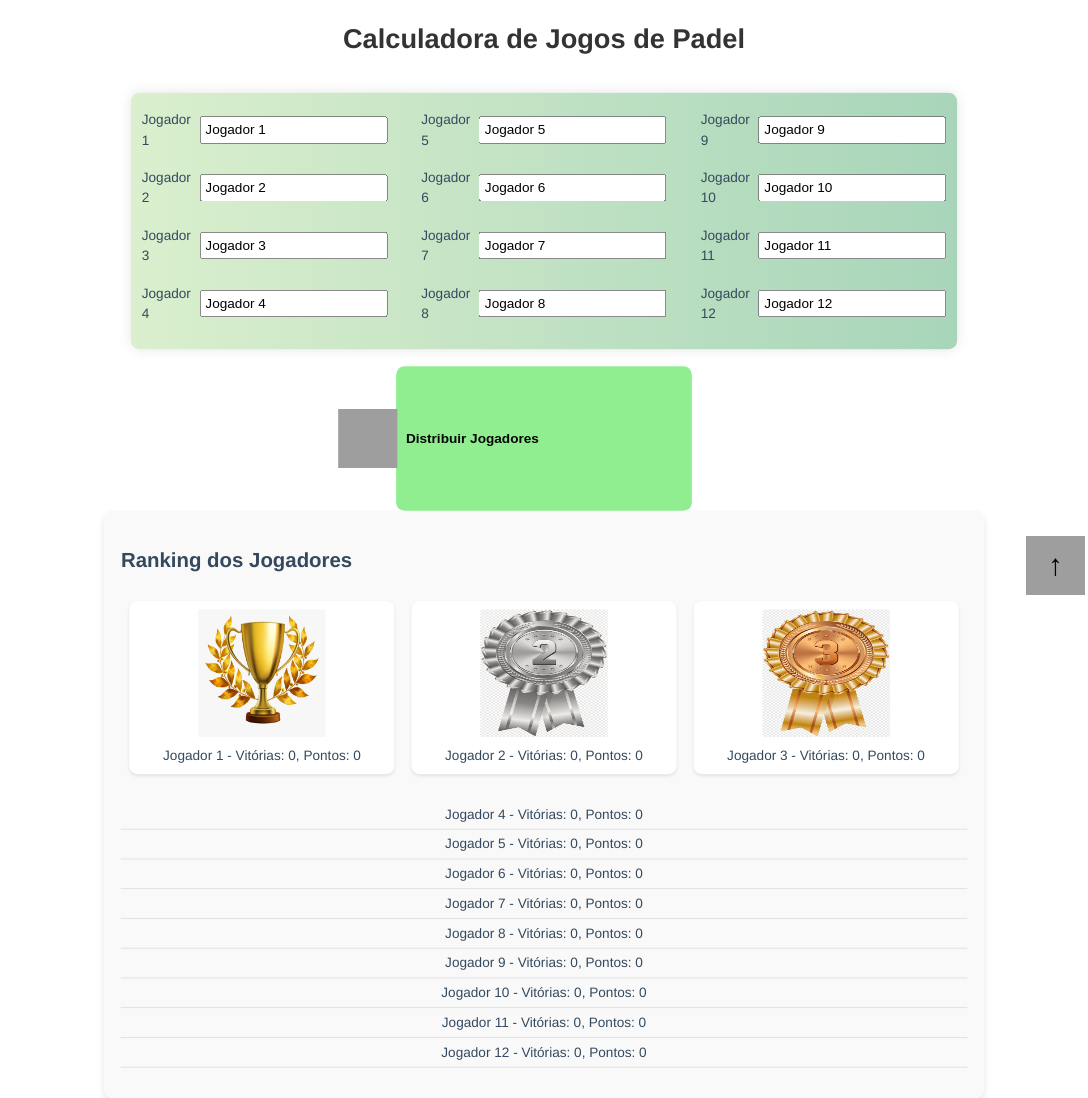
Repository: MarcioMiguel22/PadelMaster
Page: /calculadora
The author's editor kept a copy of each file at every save. The page is drawn from the files as they stood at one save, then again after the next save.
The browser window is 1280 px wide. The pictures show the whole page, at 85% of full size.
Pictures or frames that could not be fetched are drawn as grey boxes. The project was rebuilt for these pictures with package versions that can differ from the ones it lists, and the page was loaded fresh each time. Also part of the build but not shown: vite.config.ts, src/pages/Home/Home.tsx, src/components/components_calculadora/Campo.tsx, src/components/components_calculadora/Jogo.tsx, src/pages/Player/playerComponent.tsx, src/index.css.

Above is the page before, as saved 2024-06-16 09:57:01.

### src/main.tsx
///home/marciomiguel/code/MarcioMiguel22/Sites/PadelMaster/src/main.tsx
import { render } from 'react-dom';
import { StrictMode } from 'react';
import App from './App';
import './index.css';

const root = document.getElementById('root')!;
render(
  <StrictMode>
    <App />
  </StrictMode>,
  root
);

### src/App.tsx

///home/marciomiguel/code/MarcioMiguel22/Sites/PadelMaster/src/App.tsx

import { BrowserRouter, Routes, Route } from 'react-router-dom';
import Home from './pages/Home/Home';
import Calculadora from './pages/Calculadora/Calculadora';
import PlayerComponent from './pages/Player/playerComponent';
function App() {
  return (
    <BrowserRouter>
      <Routes>
        <Route path="/" element={<Home />} />
        <Route path="/calculadora" element={<Calculadora />} /> // Wrap Calculadora component with curly braces
        <Route path="/player-component" element={<PlayerComponent />} />
      </Routes>
    </BrowserRouter>
  );
}

export default App

### src/pages/Home/Home.module.css
.padel-container {
  text-align: center;
  background-color: white;
  padding: 20px;
  border-radius: 10px;
  box-shadow: 0 0 10px rgba(0, 0, 0, 0.1);
}

h1 {
  color: #333;
  margin-bottom: 20px;
}

.padel-image {
  max-width: 50%;
  height: auto;
  border-radius: 10px;
  margin-bottom: 20px;
}

.enter-button {
  background-image: url('../../assets/images/tennis-ball.png'); /* Ensure the path is correct */
  background-size: cover;
  background-position: center;
  background-repeat: no-repeat;
  width: 60px;
  height: 60px;
  border: none;
  border-radius: 50%;
  cursor: pointer;
  padding: 0;
}

.enter-button:hover {
  transform: scale(1.1);
}

### src/pages/Calculadora/Calculadora.css
.calculadora-container {
  display: flex;
  flex-direction: column;
  align-items: center;
  gap: 20px;
}

.main-content {
  gap: 20px;
}

.jogadores-lista {
  background: linear-gradient(to right, #daefcd, #a8d5ba);
  display: flex;
  flex-direction: row;
  justify-content: center;
  gap: 40px;
  width: 90%;
  max-width: 1200px;
  margin: 0 auto;
  padding: 20px;
  border-radius: 10px;
  box-shadow: 0 0 15px rgba(0, 0, 0, 0.1);
}

.jogadores-coluna {
  display: flex;
  flex-direction: column;
  align-items: center;
  gap: 10px;
}

.jogador-item {
  display: flex;
  align-items: center;
  margin-bottom: 10px;
}

.jogador-item label {
  margin-right: 10px;
}

.jogador-item input {
  padding: 5px;
  font-size: 16px;
}

.jogador-input {
  margin-right: 5px;
  padding: 5px;
  font-size: 16px;
  border: 1px solid #ccc;
  border-radius: 5px;
}

.distribute-button, .scroll-to-top {
  background-color: #4CAF50;
  color: white;
  padding: 10px 20px;
  border: none;
  border-radius: 5px;
  cursor: pointer;
  font-size: 16px;
  margin-top: 10px;
}

.distribute-button:hover, .scroll-to-top:hover {
  background-color: #45a049;
}

.fields-container {
  display: flex;
  flex-direction: column;
  align-items: center;
  margin-top: 20px;
}

.jogo {
  margin-bottom: 40px;
}

.campos {
  display: flex;
  justify-content: space-around;
}

.field {
  background: linear-gradient(to right, #c3e8ad, #a8d5ba);
  padding: 40px;
  border-radius: 10px;
  box-shadow: 0 0 10px rgba(0, 0, 0, 0.1);
  width: 30%;
}

.field h2 {
  margin-top: 0;
}

.team {
  list-style-type: none;
  padding: 5px;
  background-color: #fff;
  margin: 5px 0;
  border-radius: 5px;
  box-shadow: 0 0 5px rgba(0, 0, 0, 0.1);
  width: fit-content; /* Ajuste o valor conforme necessário */
}

.team.vencedor {
  background-color: #d4edda; /* Verde claro */
}

.team.perdedor {
  background-color: #f8d7da; /* Vermelho claro */
}

.team div {
  display: flex;
  align-items: center;
}

.team input.resultado-input {
  margin-left: 10px;
  width: 45px;
  padding: 5px;
  font-size: 16px;
}

.ranking-container {
  margin-top: 40px;
}

.ranking-container h2 {
  margin-bottom: 10px;
}

.ranking-container ul {
  list-style-type: none;
  padding: 0;
}

.ranking-container li {
  margin: 5px 0;
}



/* Media Queries para Mobile */
@media screen and (max-width: 767px) {
  .jogadores-lista {
    flex-direction: column;
    align-items: center;
    gap: 20px;
    padding: 10px;
  }

  .field {
    width: 80%;
    margin-bottom: 20px;
  }

  .campos {
    flex-direction: column;
    align-items: center;
    gap: 20px;
  }

  .distribute-button, .scroll-to-top {
    width: 100%;
    font-size: 14px;
    padding: 8px 16px;
  }

  .team div {
    flex-direction: column;
    align-items: flex-start;
  }

  .team input.resultado-input {
    margin-left: 0;
    margin-top: 5px;
  }
  .ranking-container {
    flex-flow: column;
    margin-top: 40px;
  }

  .ranking-container h2 {
    margin-bottom: 10px;
  }

  .ranking-container ul {
    list-style-type: none;
    padding: 0;
  }

  .ranking-container li {
    margin: 5px 0;
  }
}

/* Media Queries para Mobile */
@media screen and (max-width: 479px) {
  .jogadores-lista {
    flex-direction: column;
    align-items: center;
    gap: 20px;
    padding: 10px;
  }

  .field {
    width: 80%;
    margin-bottom: 20px;
  }

  .campos {
    flex-direction: column;
    align-items: center;
    gap: 20px;
  }

  .distribute-button, .scroll-to-top {
    width: 100%;
    font-size: 14px;
    padding: 8px 16px;
  }

  .team div {
    flex-direction: column;
    align-items: flex-start;
  }

  .team input.resultado-input {
    margin-left: 0;
    margin-top: 5px;
  }
  .ranking-container {
    flex-flow: column;
    margin-top: 40px;
  }

  .ranking-container h2 {
    margin-bottom: 10px;
  }

  .ranking-container ul {
    list-style-type: none;
    padding: 0;
  }

  .ranking-container li {
    margin: 5px 0;
  }
}

### src/components/components_calculadora/JogadoresLista.tsx
import React from 'react';
import JogadorItem from './JogadorItem';
import { Jogador } from '../../utils/types/types'; // Importando o tipo Jogador

interface JogadoresListaProps {
  jogadores: Jogador[];
  handleNomeChange: (id: number, novoNome: string) => void;
}

const JogadoresLista: React.FC<JogadoresListaProps> = ({ jogadores, handleNomeChange }) => (
  <div className="jogadores-lista">
    {Array.from({ length: 3 }, (_, i) => (
      <div className="jogadores-coluna" key={i}>
        {jogadores.slice(i * 4, (i + 1) * 4).map(jogador => (
          <JogadorItem
            key={jogador.id}
            jogador={jogador}
            handleNomeChange={handleNomeChange}
          />
        ))}
      </div>
    ))}
  </div>
);

export default JogadoresLista;

### src/components/components_calculadora/Ranking.tsx
import React from 'react';
import ouro from '../../assets/images/ouro.png';
import prata from '../../assets/images/prata.png';
import bronze from '../../assets/images/bronze.png';
import styles from './Ranking.module.css';

interface Jogador {
  id: number;
  nome: string;
  vitorias: number;
  pontos: number;
}

interface RankingProps {
  jogadoresClassificados: Jogador[];
}

const Ranking: React.FC<RankingProps> = ({ jogadoresClassificados }) => {
  const top3 = jogadoresClassificados.slice(0, 3);
  const outrosJogadores = jogadoresClassificados.slice(3);

  const medalhas = [ouro, prata, bronze];

  return (
    <div className={styles.rankingContainer}>
      <h2>Ranking dos Jogadores</h2>
      <div className={styles.top3Container}>
        {top3.map((jogador, index) => (
          <div key={jogador.id} className={styles.top3Item}>
            <img src={medalhas[index]} alt={`Medalha de ${index + 1}`} className={styles.medalha} />
            {jogador.nome} - Vitórias: {jogador.vitorias}, Pontos: {jogador.pontos}
          </div>
        ))}
      </div>
      <ul className={styles.outrosJogadores}>
        {outrosJogadores.map((jogador) => (
          <li key={jogador.id}>
            {jogador.nome} - Vitórias: {jogador.vitorias}, Pontos: {jogador.pontos}
          </li>
        ))}
      </ul>
    </div>
  );
};

export default Ranking;

### src/components/components_calculadora/logic/gameLogic.ts
import { Jogador, Campo as CampoType } from '../../../utils/types/types';

export const separarDuplas = (jogadores: Jogador[]): Jogador[] => {
  const separados: Jogador[] = [];
  while (jogadores.length) {
    const [jogador1, jogador2] = jogadores.splice(0, 2);
    separados.push(jogador1);
    if (jogador2) separados.push(jogador2);
  }
  return separados;
};

export const iniciarProximoJogo = (jogos: CampoType[][], setJogos: React.Dispatch<React.SetStateAction<CampoType[][]>>) => {
  const ultimoJogo = jogos[jogos.length - 1];
  const novosCampos: CampoType[] = [
    { id: 1, times: [] },
    { id: 2, times: [] },
    { id: 3, times: [] },
  ];

  const campo1 = ultimoJogo.find(campo => campo.id === 1);
  const campo2 = ultimoJogo.find(campo => campo.id === 2);
  const campo3 = ultimoJogo.find(campo => campo.id === 3);

  if (campo1 && campo2 && campo3) {
    const [time1Campo1, time2Campo1] = campo1.times;
    const [time1Campo2, time2Campo2] = campo2.times;
    const [time1Campo3, time2Campo3] = campo3.times;

    // Vencedores e perdedores dos campos
    const vencedoresCampo1 = time1Campo1.resultado > time2Campo1.resultado ? time1Campo1.jogadores : time2Campo1.jogadores;
    const perdedoresCampo1 = time1Campo1.resultado > time2Campo1.resultado ? time2Campo1.jogadores : time1Campo1.jogadores;

    const vencedoresCampo2 = time1Campo2.resultado > time2Campo2.resultado ? time1Campo2.jogadores : time2Campo2.jogadores;
    const perdedoresCampo2 = time1Campo2.resultado > time2Campo2.resultado ? time2Campo2.jogadores : time1Campo2.jogadores;

    const vencedoresCampo3 = time1Campo3.resultado > time2Campo3.resultado ? time1Campo3.jogadores : time2Campo3.jogadores;
    const perdedoresCampo3 = time1Campo3.resultado > time2Campo3.resultado ? time2Campo3.jogadores : time1Campo3.jogadores;

    // Atualizar pontuação dos jogadores
    const margemVitoriaCampo1 = Math.abs(time1Campo1.resultado - time2Campo1.resultado);
    const margemVitoriaCampo2 = Math.abs(time1Campo2.resultado - time2Campo2.resultado);
    const margemVitoriaCampo3 = Math.abs(time1Campo3.resultado - time2Campo3.resultado);

    vencedoresCampo1.forEach(jogador => {
      jogador.vitorias += 1;
      jogador.pontos += margemVitoriaCampo1;
    });

    vencedoresCampo2.forEach(jogador => {
      jogador.vitorias += 1;
      jogador.pontos += margemVitoriaCampo2;
    });

    vencedoresCampo3.forEach(jogador => {
      jogador.vitorias += 1;
      jogador.pontos += margemVitoriaCampo3;
    });

    // Campo 1: vencedores do campo 1 e vencedores do campo 2
    novosCampos[0].times.push(
      { jogadores: [vencedoresCampo1[0], vencedoresCampo2[0]], resultado: 0 },
      { jogadores: [vencedoresCampo1[1], vencedoresCampo2[1]], resultado: 0 }
    );

    // Campo 2: perdedores do campo 1 e vencedores do campo 3
    novosCampos[1].times.push(
      { jogadores: [perdedoresCampo1[0], vencedoresCampo3[0]], resultado: 0 },
      { jogadores: [perdedoresCampo1[1], vencedoresCampo3[1]], resultado: 0 }
    );

    // Campo 3: perdedores do campo 2 e perdedores do campo 3
    novosCampos[2].times.push(
      { jogadores: [perdedoresCampo2[0], perdedoresCampo3[0]], resultado: 0 },
      { jogadores: [perdedoresCampo2[1], perdedoresCampo3[1]], resultado: 0 }
    );
  }

  setJogos([...jogos, novosCampos]);
};

### src/components/components_calculadora/ScrollToTopButton.tsx
import React from 'react';
import tennisBall from '../../assets/images/tennis-ball.png';
import styles from './ScrollToTopButton.module.css'; // Importando o arquivo CSS Module

const ScrollToTopButton: React.FC = () => {
  const scrollToTop = () => {
    window.scrollTo({ top: 0, behavior: 'smooth' });
  };

  return (
    <button onClick={scrollToTop} className={styles.scrollToTop}>
      <img src={tennisBall} alt="Tennis Ball" className={styles.tennisBall} />
      <span className={styles.arrowUp}>↑</span>
    </button>
  );
};

export default ScrollToTopButton;

### src/components/components_calculadora/DistributeButton.tsx
import React from 'react';
import tennisBall from '../../assets/images/tennis-ball.png';
import styles from './DistributeButton.module.css'; // Importando o arquivo CSS Module

const DistributeButton: React.FC<{ onClick: () => void }> = ({ onClick }) => {
  return (
    <div className={styles.container}>
      <button onClick={onClick} className={styles.distributeButton}>
        <img src={tennisBall} alt="Tennis Ball" className={styles.tennisBall} />
        <span className={styles.label}>Distribuir Jogadores</span>
      </button>
    </div>
  );
};

export default DistributeButton;

### src/pages/Player/playerComponent.module.css
/* playerComponent.module.css */

/* Root Variables */
:root {
  --primary-color: #2c3e50;
  --secondary-color: #ecf0f1;
  --accent-color: #e74c3c;
  --text-color: #34495e;
  --background-color: #ffffff;
  --border-color: #bdc3c7;
  --link-color: #2980b9;
  --font-family: 'Helvetica Neue', Arial, sans-serif;
  --font-size: 16px;
  --line-height: 1.5;
}

body {
  font-family: var(--font-family);
  font-size: var(--font-size);
  line-height: var(--line-height);
  color: var(--text-color);
  background-color: var(--background-color);
  margin: 0;
  padding: 0;
}

.navigation-bar {
  background-color: var(--primary-color);
  color: var(--secondary-color);
  padding: 10px 0;
}

.container {
  width: 90%;
  max-width: 1200px;
  margin: 0 auto;
  display: flex;
  justify-content: space-between;
  align-items: center;
}

.nav-brand .site-name {
  font-size: 24px;
  font-weight: bold;
  color: var(--secondary-color);
}

.navigation-menu {
  display: flex;
  gap: 15px;
}

.navigation-link {
  color: var(--secondary-color);
  text-decoration: none;
  font-size: 18px;
}

.navigation-link:hover {
  color: var(--accent-color);
}

.menu-button .nav-icon-menu {
  width: 30px;
  height: 3px;
  background-color: var(--secondary-color);
  margin: 5px 0;
}

.content-wrapper {
  padding: 20px 0;
}

.row {
  display: flex;
}

.sidebar {
  width: 25%;
}

.content-column {
  width: 75%;
}

.white-wrapper {
  background-color: var(--background-color);
  padding: 20px;
  border: 1px solid var(--border-color);
  border-radius: 10px;
}

.circle-profile {
  width: 100px;
  height: 100px;
  border-radius: 50%;
  display: block;
  margin: 0 auto 10px;
}

.site-description {
  text-align: center;
  margin: 10px 0;
}

.grey-rule {
  height: 1px;
  background-color: var(--border-color);
  margin: 20px 0;
}

.small-heading {
  font-size: 18px;
  font-weight: bold;
  color: var(--text-color);
  margin-bottom: 10px;
}

.feature-posts-list .post-item {
  margin-bottom: 10px;
}

.small-post-link {
  text-decoration: none;
  color: var(--link-color);
  font-size: 16px;
}

.small-post-link:hover {
  color: var(--accent-color);
}

.social-link-group {
  display: flex;
  justify-content: space-around;
  margin: 20px 0;
}

.social-icon-link img {
  width: 25px;
  height: 25px;
}

.built-with-webflow {
  text-align: center;
  margin-top: 10px;
  font-size: 14px;
}

.webflow-link {
  color: var(--link-color);
  text-decoration: none;
}

.webflow-link:hover {
  color: var(--accent-color);
}

.post-wrapper {
  background-color: var(--background-color);
  padding: 20px;
  border: 1px solid var(--border-color);
  border-radius: 10px;
  margin-bottom: 20px;
}

.post-content .row {
  display: flex;
}

.blog-image {
  display: block;
  width: 100%;
  height: auto;
  background-color: var(--border-color);
  text-align: center;
  padding: 20px;
  color: var(--text-color);
  text-decoration: none;
  font-size: 16px;
}

.blog-title-link {
  text-decoration: none;
  color: var(--text-color);
}

.blog-title-link:hover {
  color: var(--accent-color);
}

.blog-title {
  font-size: 24px;
  margin: 0 0 10px;
}

.details-wrapper {
  display: flex;
  align-items: center;
  gap: 10px;
  margin-bottom: 10px;
}

.post-info {
  font-size: 14px;
  color: var(--text-color);
}

.when-link {
  text-decoration: none;
  color: var(--link-color);
}

.when-link:hover {
  color: var(--accent-color);
}

.post-summary-wrapper {
  margin-bottom: 10px;
}

.post-summary {
  font-size: 16px;
  color: var(--text-color);
}

.read-more-link {
  text-decoration: none;
  color: var(--link-color);
  font-size: 14px;
}

.read-more-link:hover {
  color: var(--accent-color);
}

.button-wrapper {
  text-align: center;
  margin-top: 20px;
}

.button {
  background-color: var(--primary-color);
  color: var(--secondary-color);
  border: none;
  padding: 10px 20px;
  border-radius: 5px;
  font-size: 16px;
  cursor: pointer;
  transition: background-color 0.3s;
}

.button:hover {
  background-color: var(--accent-color);
}

.sidebar-on-mobile {
  display: none;
}

@media (max-width: 768px) {
  .row {
    flex-direction: column;
  }

  .sidebar {
    display: none;
  }

  .content-column {
    width: 100%;
  }

  .sidebar-on-mobile {
    display: block;
    margin-top: 20px;
  }
}

### src/components/components_calculadora/JogadorItem.tsx
import React from 'react';
import { Jogador } from '../../utils/types/types'; // Importando o tipo Jogador

interface JogadorItemProps {
  jogador: Jogador;
  handleNomeChange: (id: number, novoNome: string) => void;
}

const JogadorItem: React.FC<JogadorItemProps> = ({ jogador, handleNomeChange }) => (
  <div className="jogador-item">
    <label>{`Jogador ${jogador.id}`}</label>
    <input
      type="text"
      value={jogador.nome}
      onChange={(e) => handleNomeChange(jogador.id, e.target.value)}
    />
  </div>
);

export default JogadorItem;

### src/components/components_calculadora/Ranking.module.css
.rankingContainer {
  padding: 20px;
  background-color: #f9f9f9;
  border-radius: 10px;
  box-shadow: 0 4px 8px rgba(0, 0, 0, 0.1);
}

.top3Container {
  display: flex;
  justify-content: space-around;
  margin-bottom: 20px;
  flex-wrap: wrap; /* Ensure items wrap in smaller screens */
}

.top3Item {
  display: flex;
  flex-direction: column;
  align-items: center;
  padding: 10px;
  background-color: #ffffff;
  border-radius: 10px;
  box-shadow: 0 2px 4px rgba(0, 0, 0, 0.1);
  text-align: center;
  margin: 10px; /* Added margin to ensure spacing between items */
  flex-basis: calc(33.33% - 20px); /* Ensure items take equal width, minus margins */
  box-sizing: border-box; /* Ensure padding is included in the element's width */
}

.medalha {
  width: 150px;
  height: 150px;
  margin-bottom: 10px;
  transition: transform 0.3s ease-in-out;
  object-fit: initial;
  background-color: transparent;
}

.medalha:hover {
  transform: scale(1.2);
  animation: pulse 1s infinite;
}

@keyframes pulse {
  0% {
    transform: scale(1.2);
  }
  50% {
    transform: scale(1.25);
  }
  100% {
    transform: scale(1.2);
  }
}

.outrosJogadores {
  list-style-type: none;
  padding: 0;
}

.outrosJogadores li {
  padding: 5px 0;
  border-bottom: 1px solid #ddd;
  text-align: center;
}

/* Media Queries for Smaller Screens */
@media screen and (max-width: 767px) {
  .top3Item {
    flex-basis: calc(50% - 20px); /* Two items per row on smaller screens */
  }
}

@media screen and (max-width: 479px) {
  .top3Item {
    flex-basis: 100%; /* One item per row on the smallest screens */
  }
}

### src/components/components_calculadora/ScrollToTopButton.module.css
.scrollToTop {
  position: fixed;
  bottom: 20px;
  left: 97%;
  transform: translateX(-50%);
  width: 70px;
  height: 70px;
  border: none;
  background: none;
  cursor: pointer;
  display: flex;
  align-items: center;
  justify-content: center;
}

.tennisBall {
  width: 100%;
  height: 100%;
  position: absolute;
}

.arrowUp {
  position: absolute;
  font-size: 35px;
  color: rgb(5, 5, 5);
  font-weight: bold;
  z-index: 1;
}

### src/components/components_calculadora/DistributeButton.module.css
.container {
  background-color: lightgreen;
  padding: 50px;
  border-radius: 10px;
  display: flex;
  justify-content: center;
  align-items: center;
}

.distributeButton {
  bottom: 100px; /* Ajuste a posição conforme necessário */
  left: 50%;
  transform: translateX(-50%);
  width: auto;
  height: 70px;
  border: none;
  background: none;
  cursor: pointer;
  display: flex;
  align-items: center;
  justify-content: center;
  flex-direction: row; /* Altera para linha */
}

.tennisBall {
  width: 70px;
  height: 70px;
  position: relative; /* Altera para relativo */
}

.label {
  font-size: 16px;
  color: rgb(5, 5, 5);
  font-weight: bold;
  margin-left: 10px; /* Espaço entre a bola e o texto */
}

Loaded but not shown: index.html (common file); src/pages/Calculadora/Calculadora.tsx (142 lines, source omitted)

After the next save:
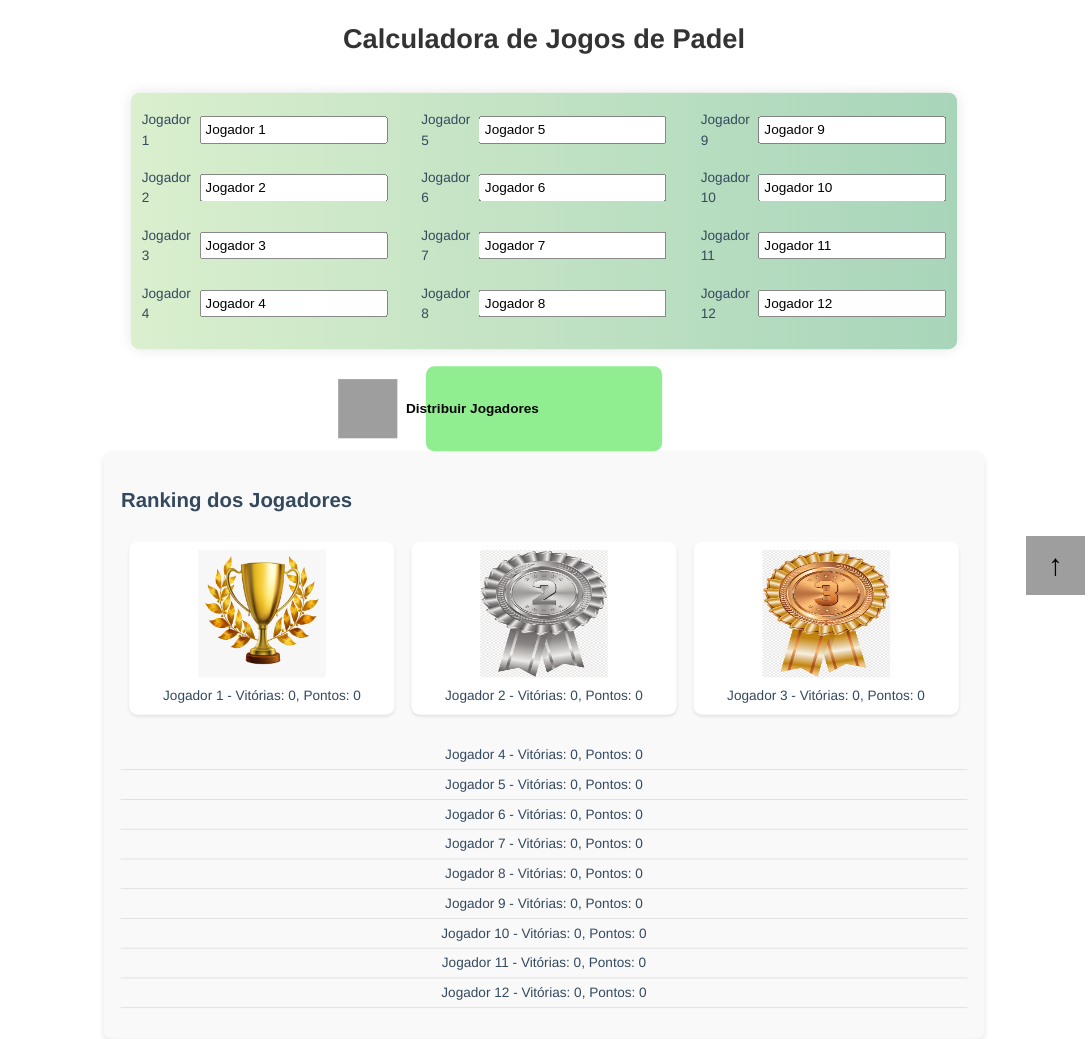
Saved 5 s later.
--- a/src/components/components_calculadora/DistributeButton.module.css
+++ b/src/components/components_calculadora/DistributeButton.module.css
@@ -1,6 +1,6 @@
 .container {
   background-color: lightgreen;
-  padding: 50px;
+  padding: 15px;
   border-radius: 10px;
   display: flex;
   justify-content: center;
